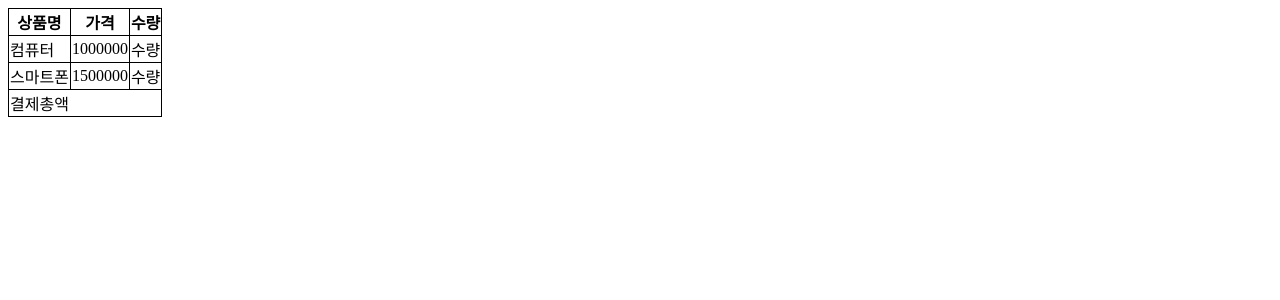
Repository: MySunTY/JSP
Page: http://localhost/JSP08/
These files come from the project's save history. The page is drawn as it stood at one moment and after the next save; the edit follows.
The browser window is 1280 px wide. The pictures show the whole page.
The page is served by Tomcat 9.

Above is the page before, as saved 2024-05-16 05:24:29.

After the next save:
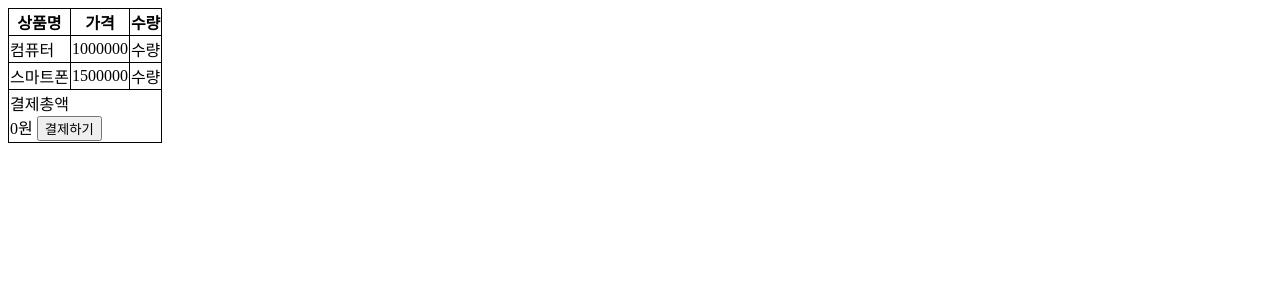
Saved 62 s later.
--- a/JSP08/src/main/webapp/index.jsp
+++ b/JSP08/src/main/webapp/index.jsp
@@ -42,7 +42,14 @@
 				</tbody>
 				<tfoot>
 					<tr rowspan="4">
-						<td colspan="3">결제총액</td>
+						<td colspan="3">
+							결제총액<br>
+							0원
+							<input type="submit" value="결제하기">
+
+
+
+						</td>
 
 					</tr>
 				</tfoot>
